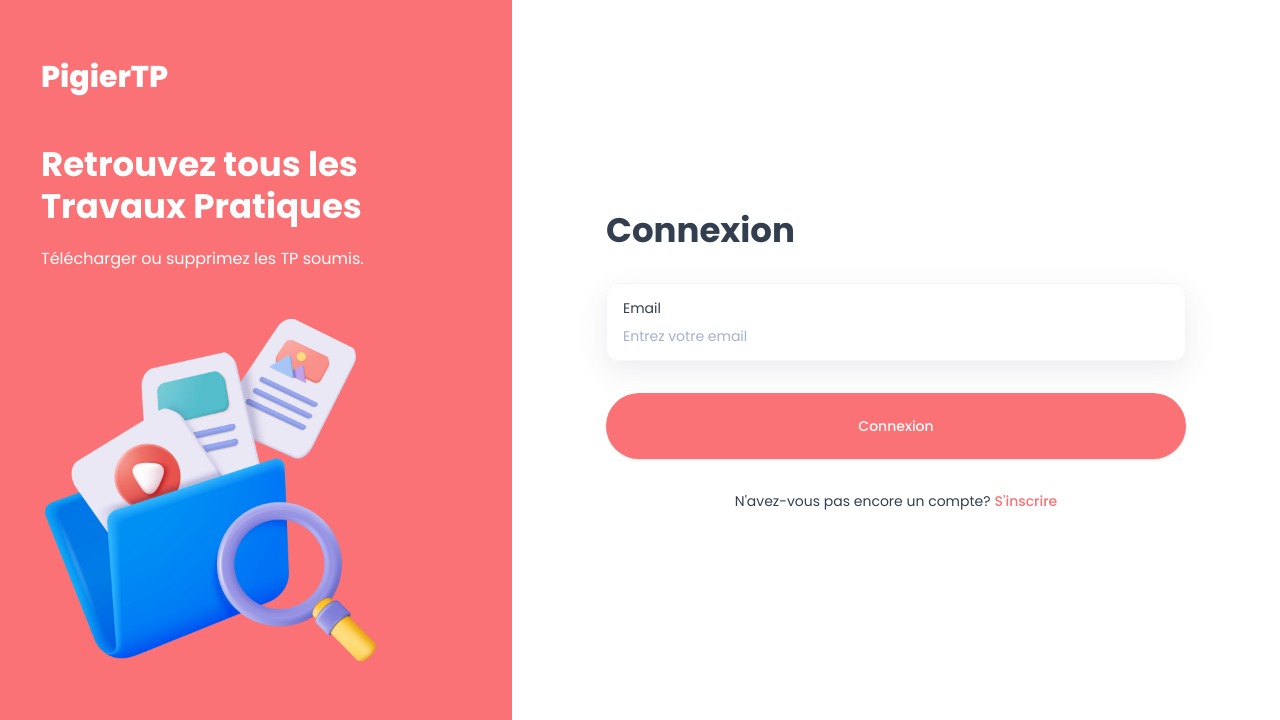
Repository: Tychiq/pigier_tp
Page: /sign-in
These files come from the project's save history. The page is drawn as it stood at one moment and after the next save; the edit follows.
The browser window is 1280 px wide. The pictures show the whole page.
The page's requests for data from a server got no answer. The project was rebuilt for these pictures with package versions that can differ from the ones it lists, and the page was loaded fresh each time. The framework's server and built-in components were replaced by stand-ins that run in the browser. No one was signed in, and anything a server would have sent is missing. Also part of the build but not shown: next.config.ts, components/ui/alert-dialog.tsx, components/ui/input-otp.tsx, components/OTPModal.tsx.

Above is the page before, as saved 2025-04-29 16:15:40.

After the next save:
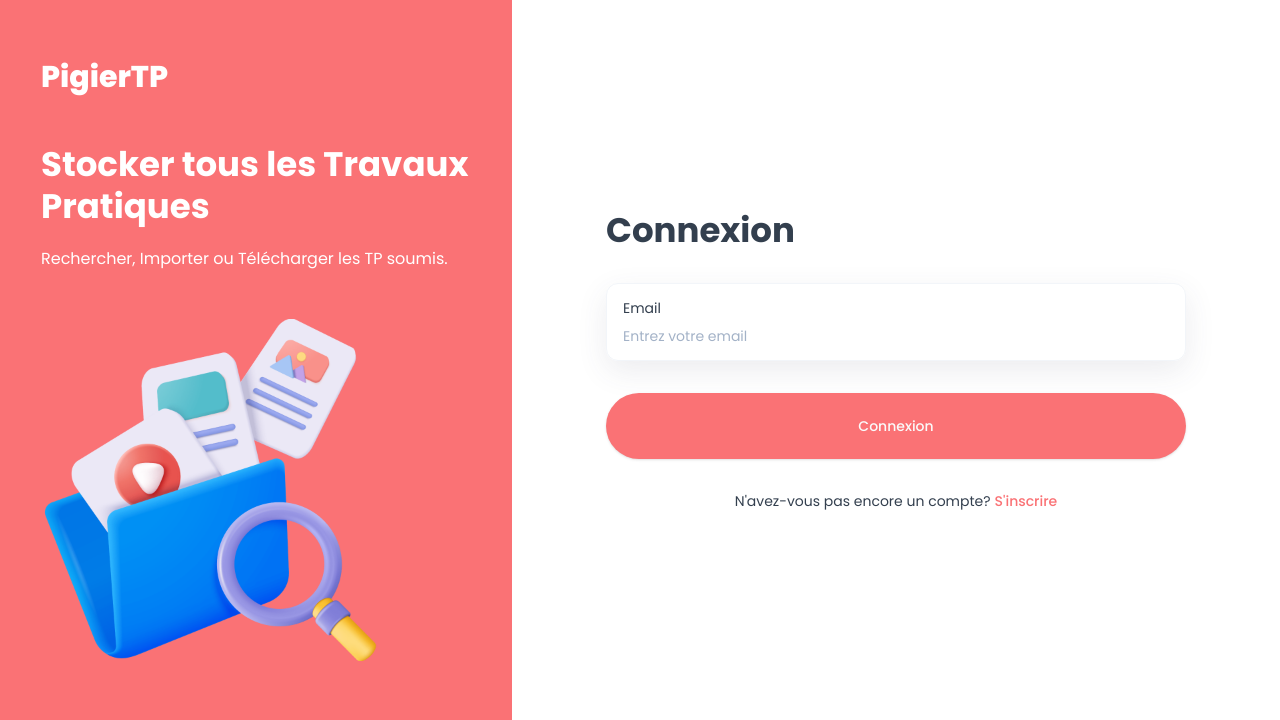
Saved 58 s later.
--- a/app/(auth)/layout.tsx
+++ b/app/(auth)/layout.tsx
@@ -9,9 +9,9 @@ const Layout = ({ children }: { children: React.ReactNode }) => {
           <p className="text-3xl font-extrabold font-poppins text-white">PigierTP</p>
 
           <div className="space-y-5 text-white">
-            <h1 className="h1">Retrouvez tous les Travaux Pratiques</h1>
+            <h1 className="h1">Stocker tous les Travaux Pratiques</h1>
             <p className="body-1">
-              Télécharger ou supprimez les TP soumis.
+              Rechercher, Importer ou Télécharger les TP soumis.
             </p>
           </div>
           <Image
